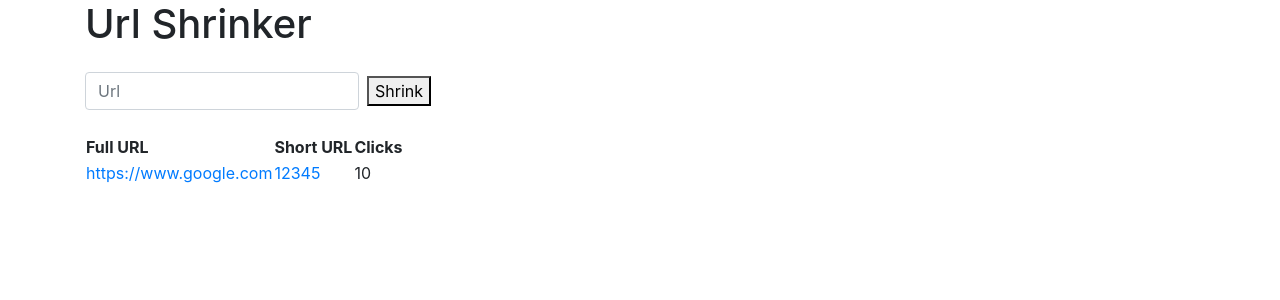
Repository: mohamediyas/urlShorter
Page: http://localhost/
An editor plug-in stored every save of this project. The page is shown before and after the next save, followed by the edit.
The browser window is 1280 px wide. The pictures show the whole page.
The page is served by the project's Node server (index.js).

Above is the page before, as saved 2022-10-22 13:35:26.

### views/index.ejs
<!DOCTYPE html>
<html lang="en">
  <head>
    <meta charset="UTF-8" />
    <meta http-equiv="X-UA-Compatible" content="IE=edge" />

    <meta name="viewport" content="width=device-width, initial-scale=1.0" />

    <title>Document</title>
    <link
      rel="stylesheet"
      href="https://stackpath.bootstrapcdn.com/bootstrap/4.4.1/css/bootstrap.min.css"
      integrity="sha384-Vkoo8x4CGsO3+Hhxv8T/Q5PaXtkKtu6ug5TOeNV6gBiFeWPGFN9MuhOf23Q9Ifjh"
      crossorigin="anonymous"
    />
  </head>

  <body>
    <div class="container">
      <h1>Url Shrinker</h1>

      <form action="" method="post" class="my-4 form-inline">
        <label class="sr-only" for="fullUrl">Url</label>
        <input
          placeholder="Url"
          required
          type="url"
          name="fullUrl"
          id="fullUrl"
          class="form-control mr-2"
        />
        <button type="submit">Shrink</button>
      </form>

      <table>
        <thead>
          <tr>
            <th>Full URL</th>
            <th>Short URL</th>
            <th>Clicks</th>
          </tr>
        </thead>

        <tbody>
          <tr>
            <td>
              <a href="https://www.google.com">https://www.google.com</a>
            </td>
            <td>
              <a href="/12345">12345</a>
            </td>
            <td>10</td>
          </tr>
        </tbody>
      </table>
    </div>
  </body>
</html>

### index.js
const express = require("express");
const path = require("path");

const app = express();

app.set("view engine", "ejs");
// app.set("views", path.join(__dirname, "views"));

app.get("/", (req, res) => {
  res.render("index");
});

app.listen(process.env.PORT || 5000);

After the next save:
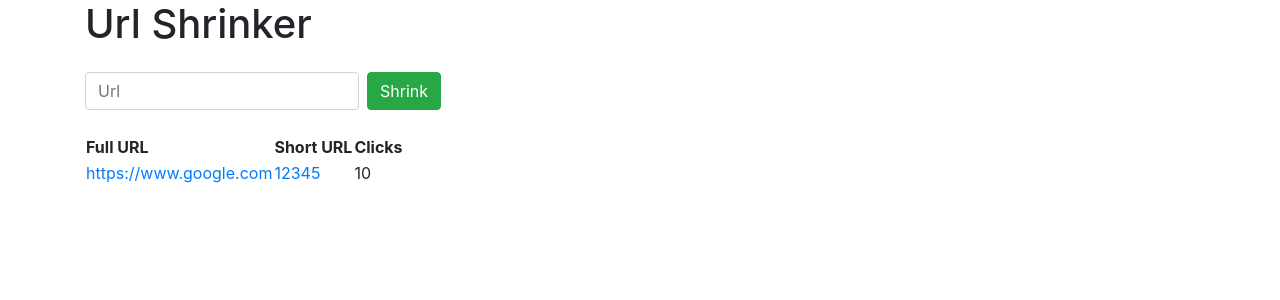
Saved 32 s later.
--- a/views/index.ejs
+++ b/views/index.ejs
@@ -29,7 +29,7 @@
           id="fullUrl"
           class="form-control mr-2"
         />
-        <button type="submit">Shrink</button>
+        <button class="btn btn-success" type="submit">Shrink</button>
       </form>
 
       <table>
